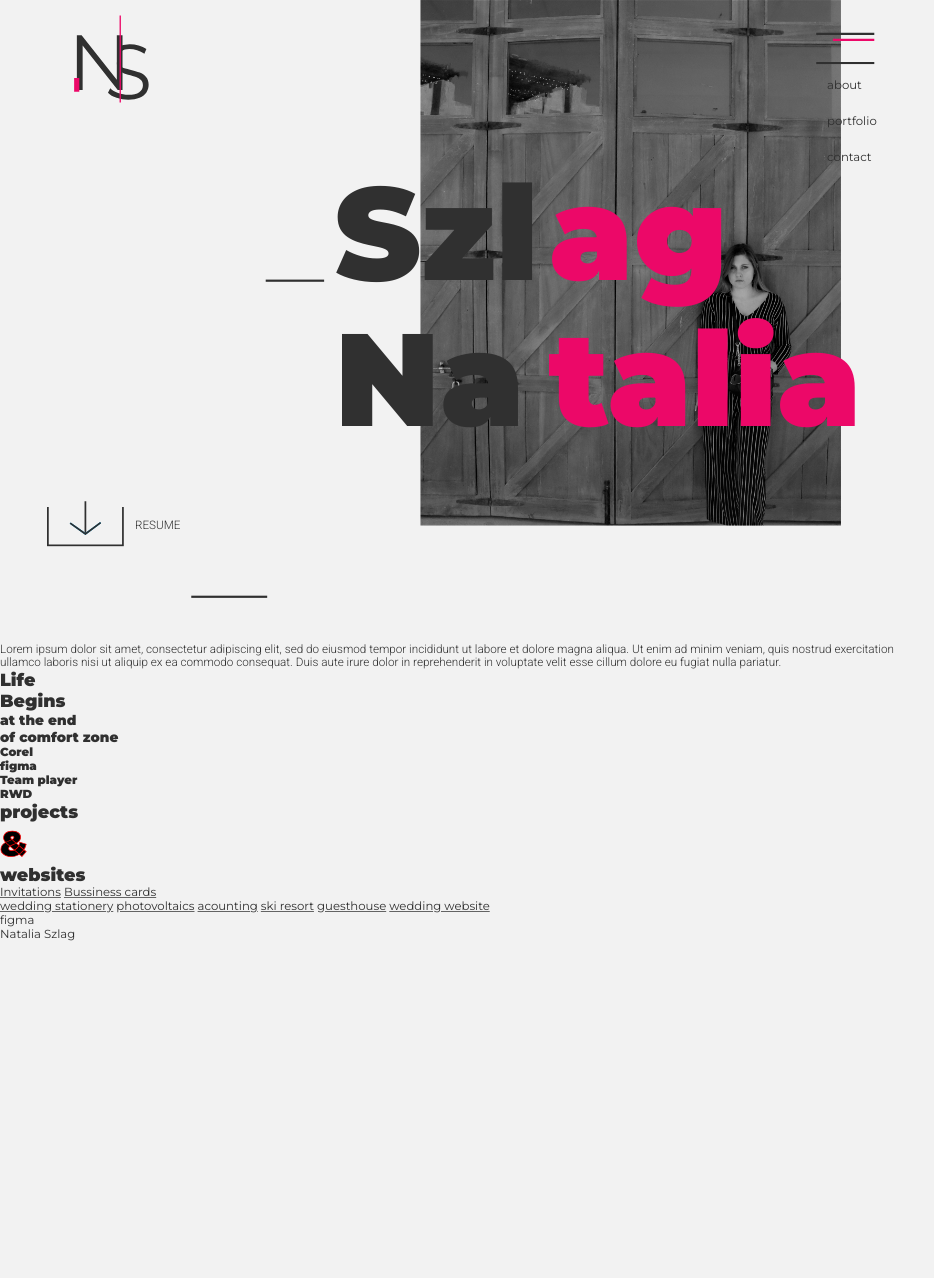
Repository: nataliaszlag/portfolio3
Page: index.html
An editor plug-in stored every save of this project. The page is shown before and after the next save, followed by the edit.
The browser window is 1280 px wide. The pictures show the whole page, at 73% of full size.
The pointer rests on the first visible `ul`.
The style sheet was rebuilt from its Sass, Less or Tailwind sources for each picture, by a compiler version that may differ from the author's.

Above is the page before, as saved 2020-09-26 19:55:17.

After the next save:
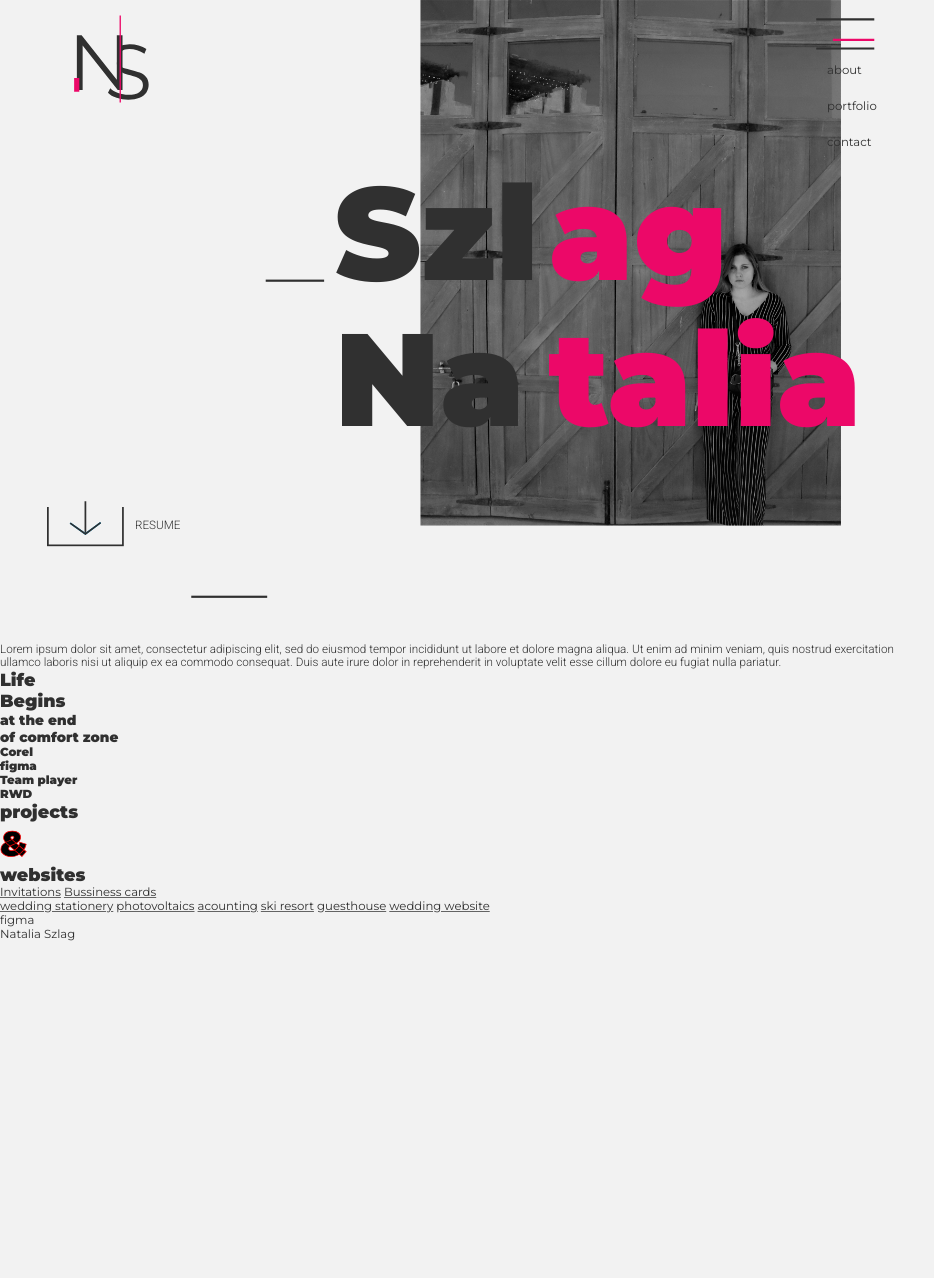
Saved 5 s later.
--- a/scss/style.scss
+++ b/scss/style.scss
@@ -117,7 +117,7 @@ nav{
     }
 
     ul:hover  .line-menu-1,
-    ul:hover {
+    ul:hover .line-menu-2{
         transform: translateY(20px);
     }
     }
